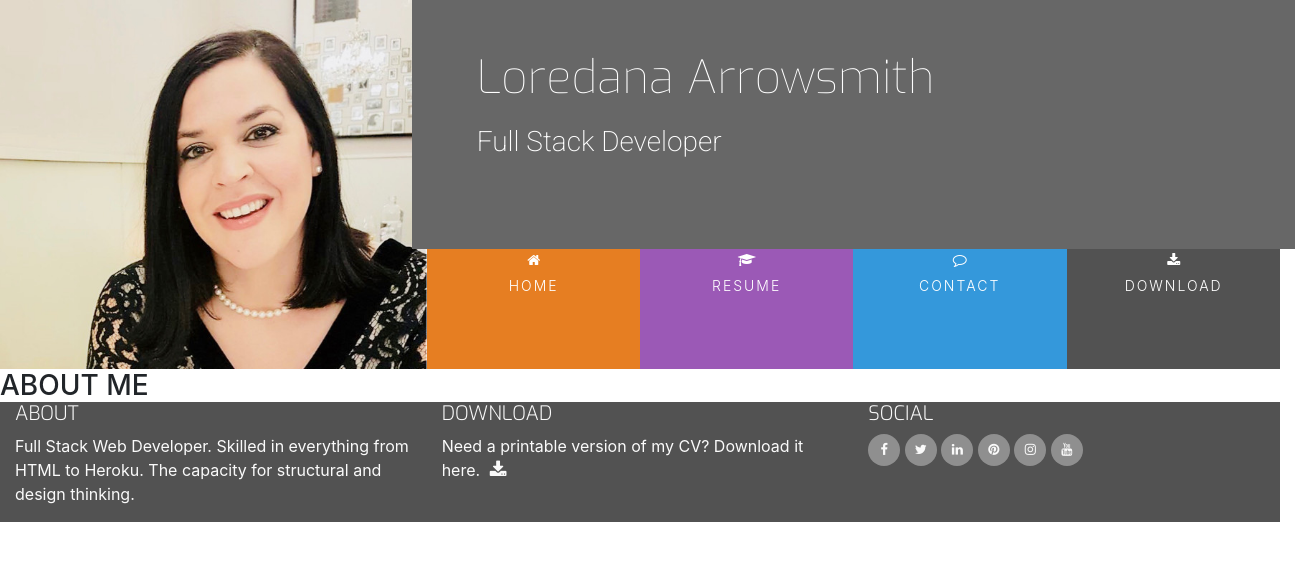
Repository: lolalongo11/Loredana-Resume
Page: assets/resume.html
The author's editor kept a record of every edit. The page is drawn from the files as they stood at one moment, then again after the next edit.
The browser window is 1280 px wide. The page is 1295 px wide, so the pictures cover 1295 px, including what lies to the right of the window. The pictures show the whole page.
The pointer rests on the first visible `.social-links li a i`.

Above is the page before.

### assets/resume.html
<!DOCTYPE html>
<html lang="en">

<head>
    <meta charset="UTF-8">
    <meta name="viewport" content="width=device-width, initial-scale=1.0">
    <meta http-equiv="X-UA-Compatible" content="ie=edge">
    <link rel="stylesheet" href="https://stackpath.bootstrapcdn.com/bootstrap/4.3.1/css/bootstrap.min.css" type="text/css" />
    <link rel="stylesheet" href="https://stackpath.bootstrapcdn.com/font-awesome/4.7.0/css/font-awesome.min.css" type="text/css" />
    <link rel="stylesheet" href="https://cdnjs.cloudflare.com/ajax/libs/hover.css/2.3.1/css/hover-min.css" type="text/css" />
    <link rel="stylesheet" href="assets/css/style.css" type="text/css" />
    <title>Loredana</title>
</head>

<body>
    <header>
        <div class="row no-gutters">
            <a href="index.html" class="col-md-4 logo">
                </a>

            <div class="col-md-8 no-gutters">
                <div class="row bg-color-name-title">
                    <div class="col heading">
                        <h1 class="name">Loredana Arrowsmith</h1>
                        <h2 class="title">Full Stack Developer</h2>
                    </div>
                </div>
                <div class="col no-gutters">
                    <ul id="nav" class="list-inline menucontainer">
                        <li class="col-6 col-sm-3 ui-menu-color-home list-inline-item menuitem">
                            <a href="#" class="hvr-sweep-to-bottom"><i class="fa fa-home" aria-hidden="true"></i><span>Home</span></a>
                        </li>
                        <li class="col-6 col-sm-3 ui-menu-color-resume list-inline-item menuitem">
                            <a href="#" class="hvr-sweep-to-bottom"><i class="fa fa-graduation-cap" aria-hidden="true"></i><span>Resume</span></a>
                        </li>
                        <li class="col-6 col-sm-3 ui-menu-color-contact list-inline-item menuitem">
                            <a href="#" class="hvr-sweep-to-bottom"><i class="fa fa-comment-o" aria-hidden="true"></i><span>Contact</span></a>
                        </li>
                        <li class="col-6 col-sm-3 ui-menu-color-download list-inline-item menuitem">
                            <a href="#" class="hvr-sweep-to-bottom"><i class="fa fa-download" aria-hidden="true"></i><span>Download</span></a>
                        </li>
                    </ul>
                </div>
            </div>
        </div>

    </header>
    <section class="container-fluid">
    <div class="row row-table">
        <div class="col-md-8-bg-color-three-reasons section-column">
            <div class="row">
                <div class="col">
                    <h3 class="section-heading uppercase">About Me</h3>
                </div>
            </div>
        </div>
    </div>
    </section>
    <footer class="container-fluid">
        <div id="footer-details" class="row">
            <div class="col-sm-4">
                <h5 class="uppercase general-sub">About</h5>
                <p class="inline-block">
                    Full Stack Web Developer. Skilled in everything from HTML to Heroku. The capacity for structural and design thinking.
                </p>
            </div>
            <div class="col-sm-4">
                <h5 class="uppercase general-sub">Download</h5>
                <p class="inline-block">
                    Need a printable version of my CV? Download it here.
                    <a href="#" target="_blank" class="cv-pdf">
                        <i class="fa fa-download" aria-hidden="true"></i>
                        <span class="sr-only">Download link.</span>
                    </a>
                </p>
            </div>
            <div class="col-sm-4">
                <h5 class="uppercase general-sub">Social</h5>
                <ul class="list-inline social-links">
                    <li class="list-inline-item">
                        <a target="_blank" href="#">
                            <i class="fa fa-facebook" aria-hidden="true"></i>
                            <span class="sr-only">Facebook</span>
                        </a>
                    </li>
                    <li class="list-inline-item">
                        <a target="_blank" href="#">
                            <i class="fa fa-twitter" aria-hidden="true"></i>
                            <span class="sr-only">Twitter</span>
                        </a>
                    </li>
                    <li class="list-inline-item">
                        <a target="_blank" href="#">
                            <i class="fa fa-linkedin" aria-hidden="true"></i>
                            <span class="sr-only">LinkedIn</span>
                        </a>
                    </li>
                    <li class="list-inline-item">
                        <a target="_blank" href="#">
                            <i class="fa fa-pinterest" aria-hidden="true"></i>
                            <span class="sr-only">pinterest</span>
                        </a>
                    </li>
                    <li class="list-inline-item">
                        <a target="_blank" href="#">
                            <i class="fa fa-instagram" aria-hidden="true"></i>
                            <span class="sr-only">Instagram</span>
                        </a>
                    </li>
                    <li class="list-inline-item">
                        <a target="_blank" href="#">
                            <i class="fa fa-youtube" aria-hidden="true"></i>
                            <span class="sr-only">You Tube</span>
                        </a>

                    </li>

                </ul>
            </div>
        </div>

    </footer>
</body>

</html>

### assets/css/style.css
@import url('https://fonts.googleapis.com/css?family=Roboto:100,200,300,400,500,600,700|Exo:100,200,300,400,500,600,700');

/* ----------------------------------------------------Colours */

.bg-color-name-title {
    background-color: #676767;
}

.ui-menu-color-home {
    background-color: #e67e22;
}

.ui-menu-color-resume {
    background-color: #9b59b6;
}

.ui-menu-color-contact {
    background-color: #3498db;
}

.ui-menu-color-download {
    background-color: #525252;
}

/* ----------------------------------------------------Special margins/padding/text */

h1,
h2,
h3,
h4 {
    margin: 0;
}

.uppercase {
    text-transform: uppercase;
}

.general-sub {
    font-family: "Exo", sans-serif;
    font-weight: 300;
    color: #fafafa;
}

.inline-block {
    display: inline-block;
}

/* ----------------------------------------------------Heading */

.header {
    margin: 0;
}

.heading {
    margin-left: 50px;
}

.logo {
    background: url("../images/loredana.jpg");
    background-position: center;
    background-repeat: no-repeat;
    background-size: cover;
    min-height: 360px;
    transition: all .5s ease-in-out;
    -moz-transition: all .5s ease-in-out;
    -webkit-transition: all .5s ease-in-out;
}

.name {
    font-family: "Exo", sans-serif;
    font-weight: 100;
    font-size: 46px;
    margin-top: 50px;
    color: #fff;
}

.title {
    font-family: "Roboto", sans-serif;
    font-weight: 200;
    font-size: 28px;
    margin-top: 20px;
    margin-bottom: 90px;
    color: #fff;

}

.list-inline-item:not(:last-child) {
    margin: 0;
}

.menucontainer {
    font-size: 0;
}

#nav li {
    font-size: 14px;
    padding: 0;
}

#nav {
    margin: 0px;
}

.menuitem {
    height: 120px;
    text-align: center;
    padding: 0;
}

.menuitem a {
    width: 100%;
    text-decoration: none;
    color: #fff;
    height: 120px;
}

.menu a i {
    padding-top: 22px;
    display: block;
    color: #fafafa;
    font-size: 26px;
}

.menuitem span {
    display: block;
    width: 100%;
    padding-top: 5px;
    text-align: center;
    text-transform: uppercase;
    font-size: 14px;
    font-weight: 300;
    letter-spacing: 2px;
}

/* ----------------------------------------------------Hover.css */

.hvr-sweep-to-bottom:before {
    background: rgba(0, 0, 0, 0.2);
    height: 120px;
}

/* ----------------------------------------------------Footer */

footer {
    background-color: #525252;
    color: #fafafa;
    min-height: 120px;
    margin: 0;
}

.cv-pdf i {
    font-size: 18px;
    color: #fafafa;
    text-align: center;
    padding-left: 5px;
    transition: all 0.35s ease-in-out;
    -moz-transition: all 0.35s ease-in-out;
    -webkit-transition: all 0.35s ease-in-out;
    -o-transition: all 0.35s ease-in-out;
}

.cv-pdf i:hover {
    color: #e84610;
}

.social-links {
    padding-bottom: 15px;
}

.social-links li a i {
    width: 32px;
    height: 32px;
    padding: 12px 0;
    border-radius: 50%;
    font-size: 13px;
    line-height: 7px;
    text-align: center;
    color: #fafafa;
    background-color: #8f8f8f;
    transition: all 0.35s ease-in-out;
    -moz-transition: all 0.35s ease-in-out;
    -webkit-transition: all 0.35s ease-in-out;
    -o-transition: all 0.35s ease-in-out;
}

.social-links li a i:hover {
    background: #84610;
}

After the next edit:
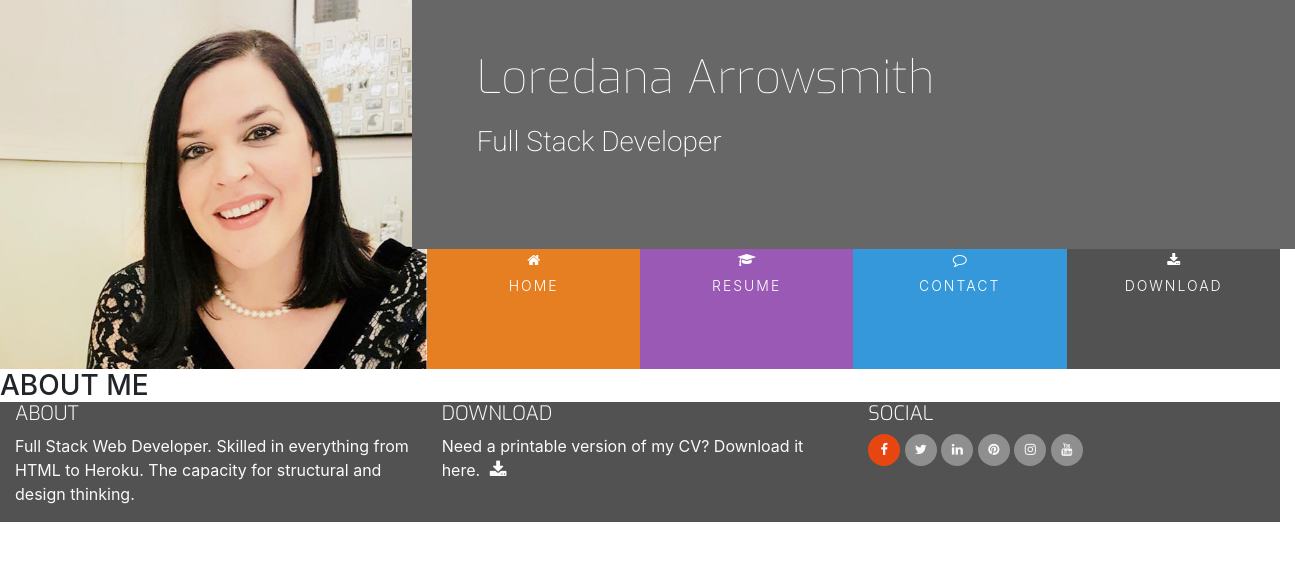
The edit:
--- a/assets/css/style.css
+++ b/assets/css/style.css
@@ -184,5 +184,5 @@
 }
 
 .social-links li a i:hover {
-    background: #84610;
+    background: #e84610;
 }
